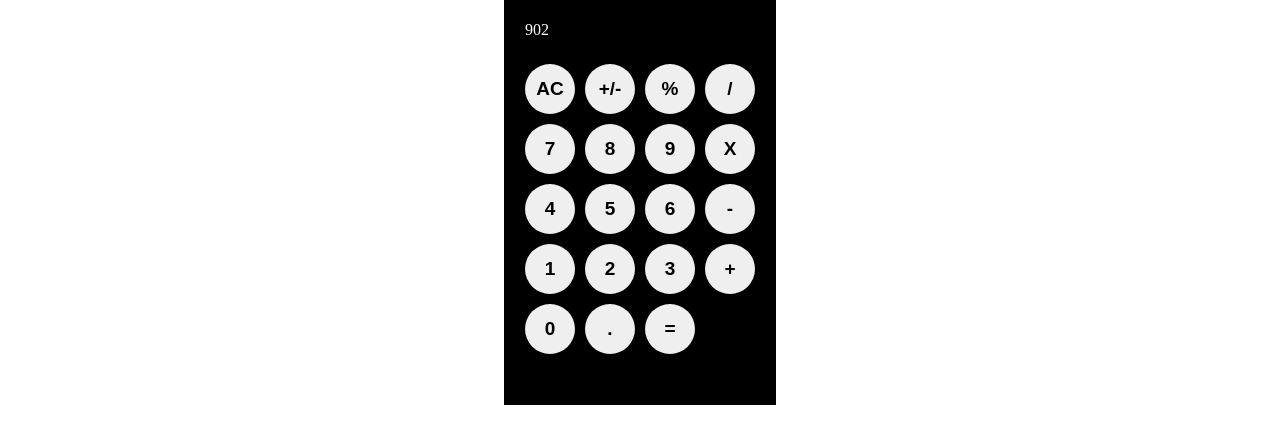
Repository: dmpelaez/calculator
Page: Calculator.html
An editor plug-in stored every save of this project. The page is shown before and after the next save, followed by the edit.
The browser window is 1280 px wide. The pictures show the whole page.

Above is the page before, as saved 2025-12-15 19:59:31.

After the next save:
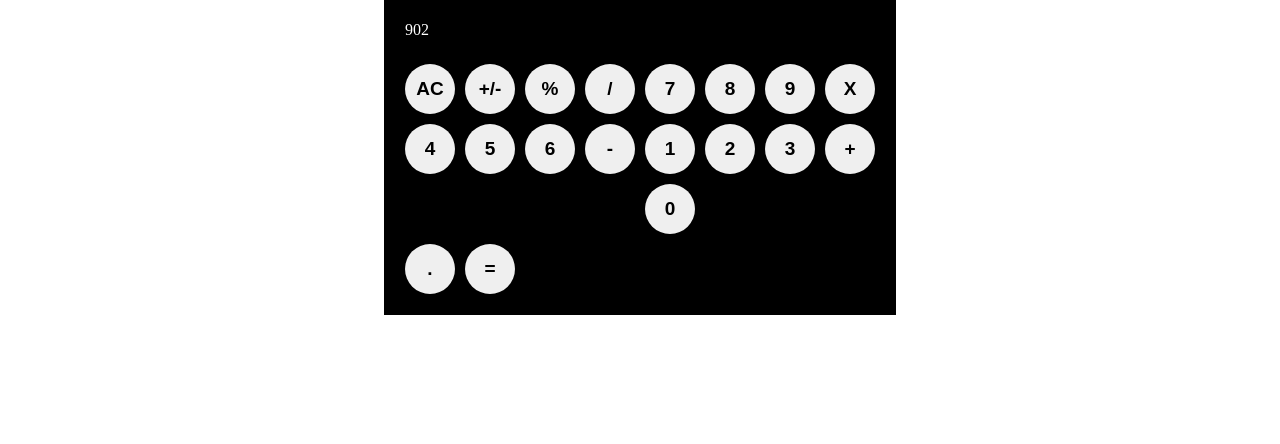
Saved 13 s later.
--- a/Calculator.css
+++ b/Calculator.css
@@ -37,5 +37,5 @@ background: black;
   Font-size: 19px;
 }
 .zero {
-  grid-row: 5 / 4 span;
+  grid-column: 5 / 4 span;
 }
